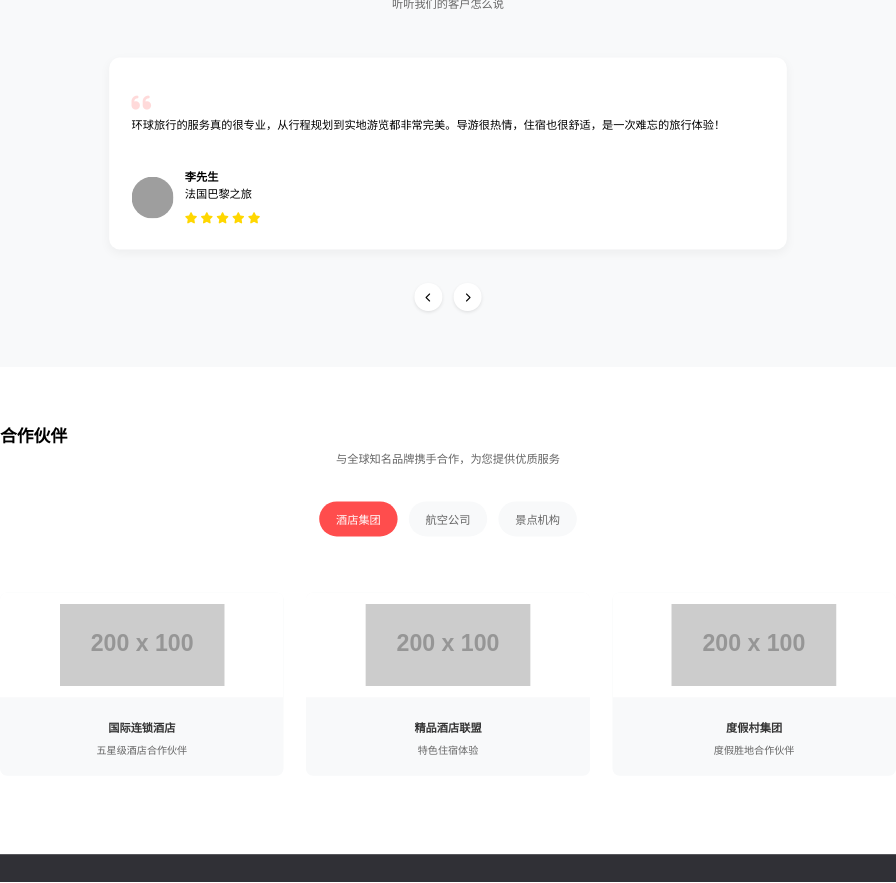
Repository: huang-heavenly-Emperor/travel_1
Page: pages/about.html
These files come from the project's save history. The page is drawn as it stood at one moment and after the next save; the edit follows.
The browser window is 1280 px wide. The pictures show the part of the page from y = 4385 to 6305 px (the page is 5646 px tall before and 6305 px after), at 70% of full size.
Pictures or frames that could not be fetched are drawn as grey boxes. A picture or video elsewhere on the page could not be fetched, so the positions and the page height are approximate.

Above is the page before, as saved 2024-11-18 02:38:14.

After the next save:
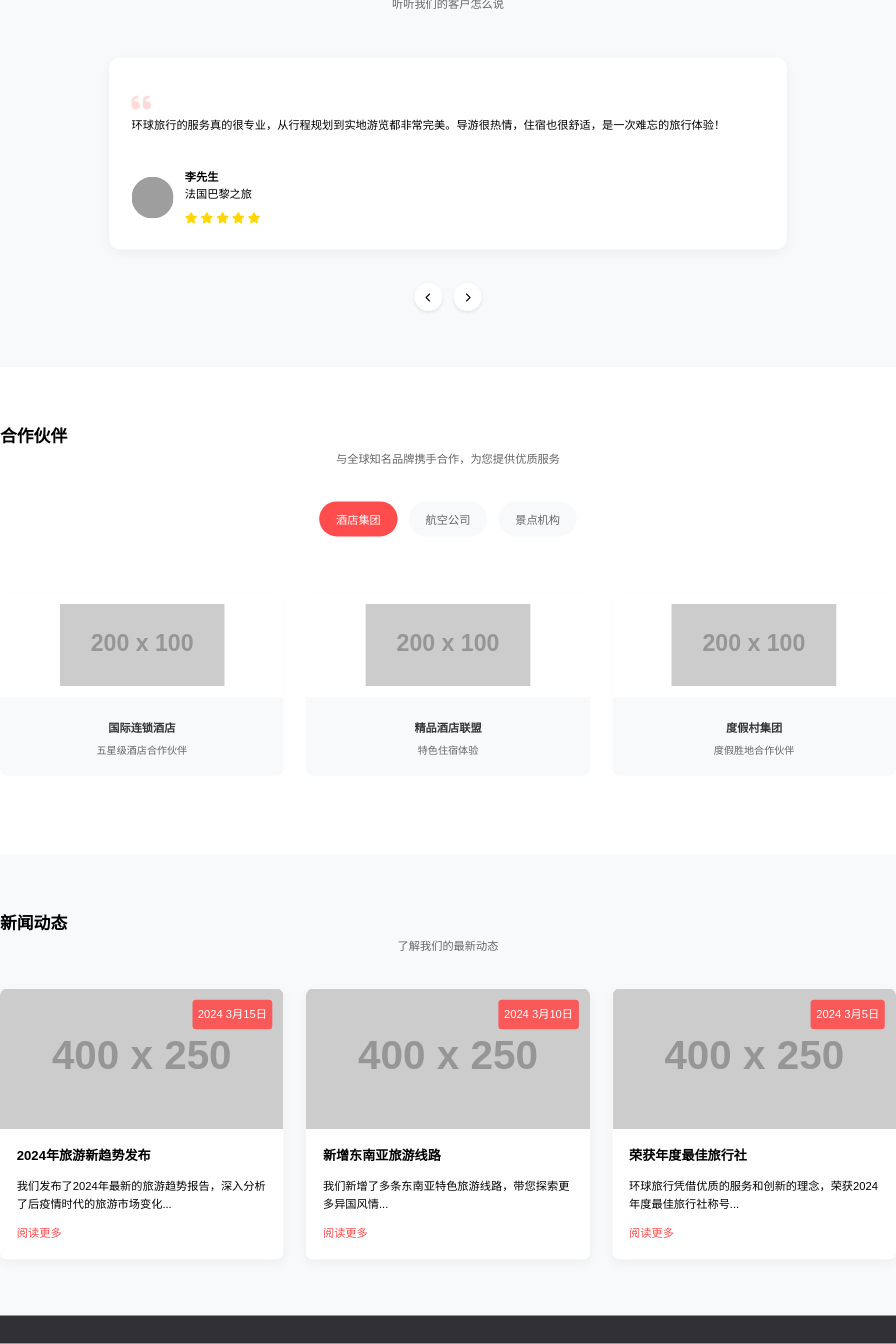
Saved 6 s later.
--- a/pages/about.html
+++ b/pages/about.html
@@ -354,6 +354,64 @@
         </div>
     </section>
 
+    <!-- 新闻动态 -->
+    <section class="news-section">
+        <div class="container">
+            <h2>新闻动态</h2>
+            <p class="section-desc">了解我们的最新动态</p>
+
+            <div class="news-grid">
+                <!-- 新闻卡片 1 -->
+                <div class="news-card">
+                    <div class="news-image">
+                        <img src="https://via.placeholder.com/400x250?text=News+1" alt="新闻图片1">
+                        <div class="news-date">
+                            <span>2024</span>
+                            <span>3月15日</span>
+                        </div>
+                    </div>
+                    <div class="news-content">
+                        <h3>2024年旅游新趋势发布</h3>
+                        <p>我们发布了2024年最新的旅游趋势报告，深入分析了后疫情时代的旅游市场变化...</p>
+                        <a href="#" class="read-more">阅读更多</a>
+                    </div>
+                </div>
+
+                <!-- 新闻卡片 2 -->
+                <div class="news-card">
+                    <div class="news-image">
+                        <img src="https://via.placeholder.com/400x250?text=News+2" alt="新闻图片2">
+                        <div class="news-date">
+                            <span>2024</span>
+                            <span>3月10日</span>
+                        </div>
+                    </div>
+                    <div class="news-content">
+                        <h3>新增东南亚旅游线路</h3>
+                        <p>我们新增了多条东南亚特色旅游线路，带您探索更多异国风情...</p>
+                        <a href="#" class="read-more">阅读更多</a>
+                    </div>
+                </div>
+
+                <!-- 新闻卡片 3 -->
+                <div class="news-card">
+                    <div class="news-image">
+                        <img src="https://via.placeholder.com/400x250?text=News+3" alt="新闻图片3">
+                        <div class="news-date">
+                            <span>2024</span>
+                            <span>3月5日</span>
+                        </div>
+                    </div>
+                    <div class="news-content">
+                        <h3>荣获年度最佳旅行社</h3>
+                        <p>环球旅行凭借优质的服务和创新的理念，荣获2024年度最佳旅行社称号...</p>
+                        <a href="#" class="read-more">阅读更多</a>
+                    </div>
+                </div>
+            </div>
+        </div>
+    </section>
+
     <!-- 页脚 -->
     <footer class="footer">
         <!-- 与首页相同的页脚结构 -->
